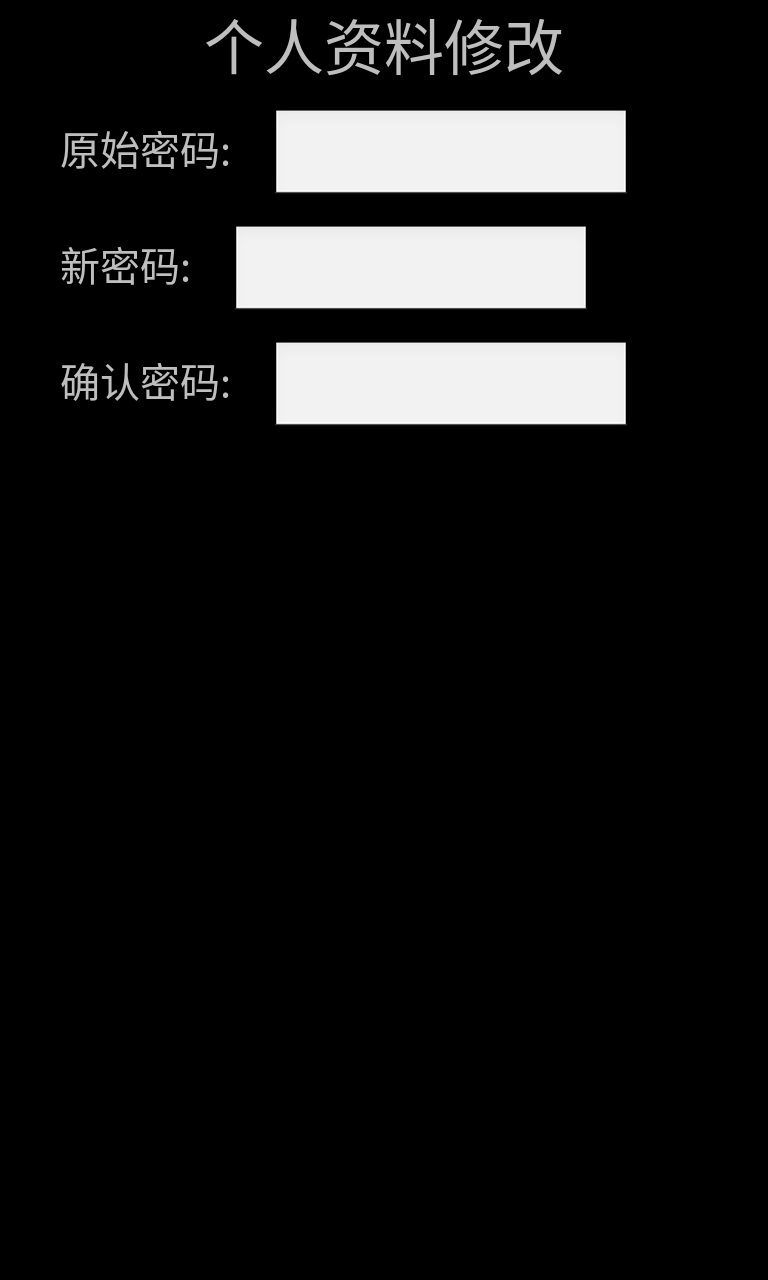
Repository: jcyfkimi/Android-TaoTao
Layout: TaoTao/res/layout/manageuserinfo.xml
The author's editor kept a copy of each file at every save. The layout is drawn from the files as they stood at one save, then again after the next save.
It is drawn on a 768 x 1280 px phone screen (xhdpi) without system bars, with theme android:Theme; the app's code is not run.

Above is the layout before, as saved 2011-09-16 05:58:50.

### TaoTao/res/layout/manageuserinfo.xml
<?xml version="1.0" encoding="utf-8"?>
<LinearLayout
  xmlns:android="http://schemas.android.com/apk/res/android"
  android:orientation="vertical"
  android:layout_width="match_parent"
  android:layout_height="match_parent">

    <TextView android:id="@+id/goodlistview"
    	android:layout_width="wrap_content"
    	android:layout_height="wrap_content"
    	android:layout_gravity="center_horizontal"
    	android:text="@string/manageinfoupdate"
    	android:textSize="30dip"/>
   	<LinearLayout
	  xmlns:android="http://schemas.android.com/apk/res/android"
	  android:orientation="horizontal"
	  android:layout_width="wrap_content"
	  android:layout_height="wrap_content">
	  <TextView android:layout_width="wrap_content"
	  	android:layout_height="wrap_content"
	  	android:layout_marginLeft="30dip"
	  	android:layout_marginTop="10dip"
	  	android:text="@string/manageinfopass"
	  	android:textSize="20dip"/>
	  <EditText android:id="@+id/origpass"
	  	android:layout_width="180dip"
	  	android:layout_height="wrap_content"
	  	android:layout_marginLeft="20dip"
	  	android:layout_marginTop="10dip"/>
	  </LinearLayout>
	  <LinearLayout
	  xmlns:android="http://schemas.android.com/apk/res/android"
	  android:orientation="horizontal"
	  android:layout_width="wrap_content"
	  android:layout_height="wrap_content">
	  <TextView android:layout_width="wrap_content"
	  	android:layout_height="wrap_content"
	  	android:layout_marginLeft="30dip"
	  	android:layout_marginTop="10dip"
	  	android:text="@string/manageinfonewpass"
	  	android:textSize="20dip"/>
	  <EditText android:id="@+id/newpass"
	  	android:layout_width="180dip"
	  	android:layout_height="wrap_content"
	  	android:layout_marginLeft="20dip"
	  	android:layout_marginTop="10dip"/>
	  </LinearLayout>
	  <LinearLayout
	  xmlns:android="http://schemas.android.com/apk/res/android"
	  android:orientation="horizontal"
	  android:layout_width="wrap_content"
	  android:layout_height="wrap_content">
	  <TextView android:layout_width="wrap_content"
	  	android:layout_height="wrap_content"
	  	android:layout_marginLeft="30dip"
	  	android:layout_marginTop="10dip"
	  	android:text="@string/manageinfonewpasscfm"
	  	android:textSize="20dip"/>
	  <EditText android:id="@+id/newpasscfm"
	  	android:layout_width="180dip"
	  	android:layout_height="wrap_content"
	  	android:layout_marginLeft="20dip"
	  	android:layout_marginTop="10dip"/>
	  </LinearLayout>
</LinearLayout>

### TaoTao/res/values/strings.xml
<?xml version="1.0" encoding="utf-8"?>
<resources>
    <string name="app_name">TaoTao</string>
    <string name="logintext">账号:</string>
    <string name="passtext">密码:</string>
    <string name="forgetpass">忘记密码?</string>
    <string name="btnlogin">登录</string>
    <string name="btnreg">注册</string>
    <string name="regtitle">欢迎注册</string>
    <string name="reguname">账        号:</string>
    <string name="regpass">密        码:</string>
    <string name="regpasscfm">确认密码:</string>
    <string name="regemail">电子邮件:</string>
    <string name="rdobuyer">买家</string>
    <string name="rdosailer">卖家</string>
    <string name="regbtn">注册</string>
    <string name="regreset">重置</string>
    <string name="indexhead">淘淘购物</string>
    <string name="searchbtn">搜索</string>
    <string name="menuexit">退出</string>
    <string name="menumanage">管理账号</string>
    <string name="manageinfoupdate">个人资料修改</string>
    <string name="manageinfopass">原始密码:</string>
    <string name="manageinfonewpass">新密码:</string>
    <string name="manageinfonewpasscfm">确认密码:</string>
    <string-array name="switchorder">
    	<item>按价格排序</item>
    	<item>按信誉排序</item>
    	<item>按销量排序</item>
    </string-array>
</resources>

After the next save:
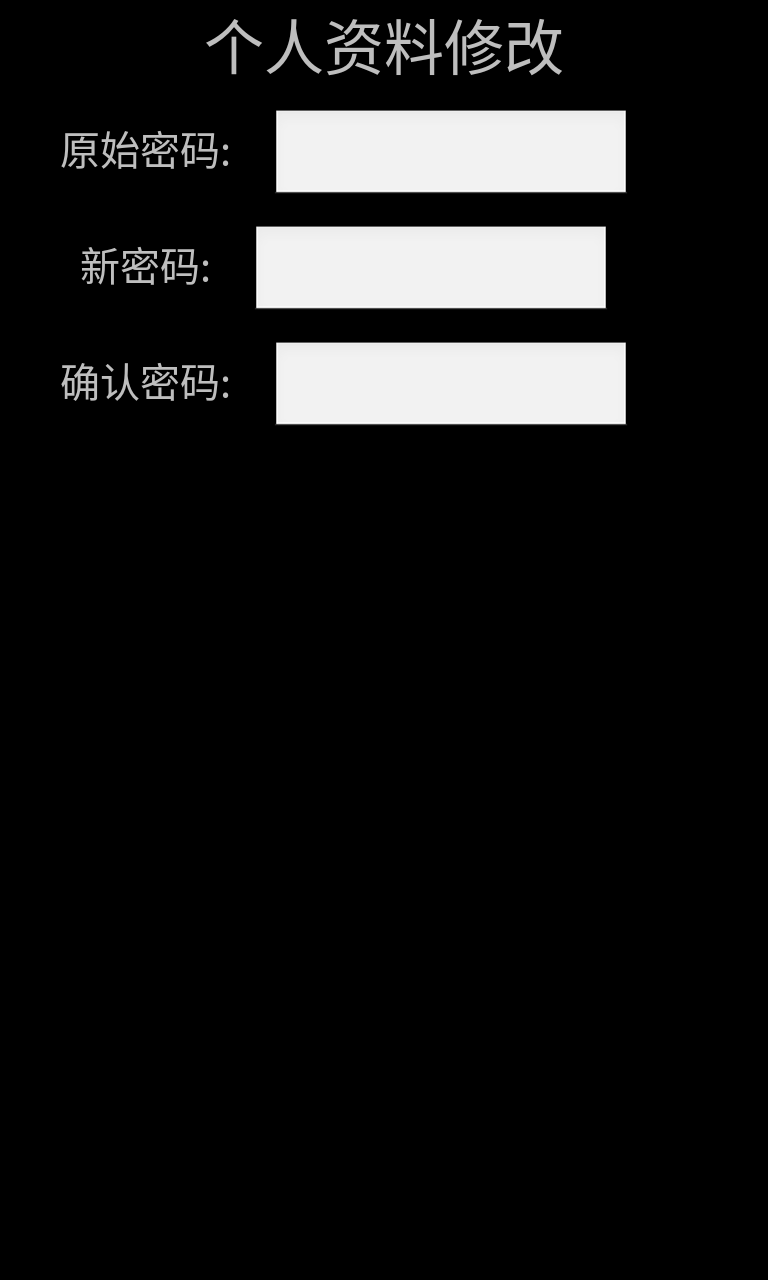
Saved 34 s later.
--- a/TaoTao/res/layout/manageuserinfo.xml
+++ b/TaoTao/res/layout/manageuserinfo.xml
@@ -35,7 +35,7 @@
 	  android:layout_height="wrap_content">
 	  <TextView android:layout_width="wrap_content"
 	  	android:layout_height="wrap_content"
-	  	android:layout_marginLeft="30dip"
+	  	android:layout_marginLeft="40dip"
 	  	android:layout_marginTop="10dip"
 	  	android:text="@string/manageinfonewpass"
 	  	android:textSize="20dip"/>
